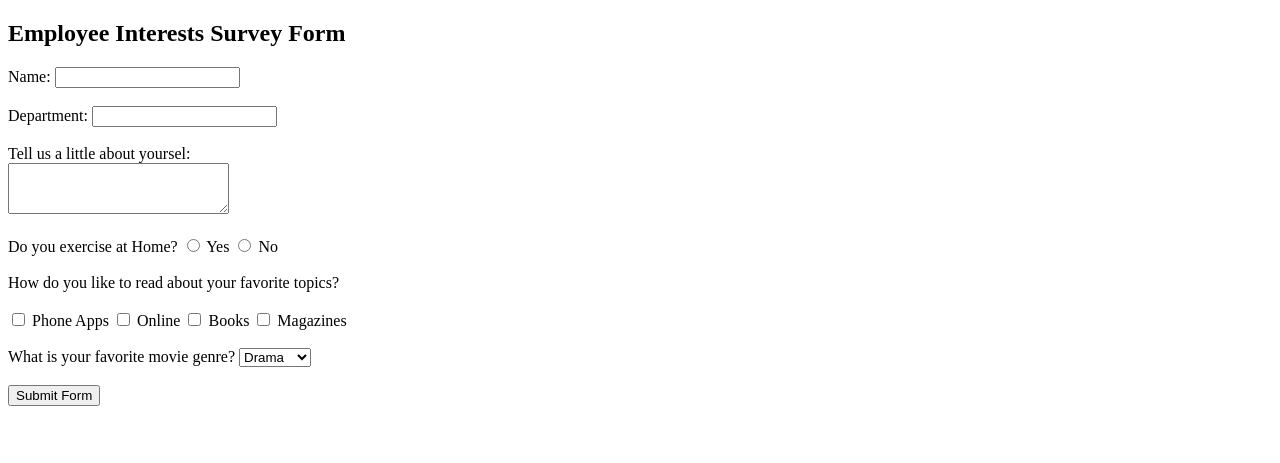
Repository: JoaoLemesDEV/Exercise-Survey-Form
Page: index.html
The author's editor kept a copy of each file at every save. The page is drawn from the files as they stood at one save, then again after a run of saves.
The browser window is 1280 px wide. The pictures show the whole page.

Above is the page before, as saved 2021-10-10 18:37:00.

### index.html
<!DOCTYPE html>
<html lang="en">
  <head>
    <meta charset="UTF-8" />
    <meta http-equiv="X-UA-Compatible" content="IE=edge" />
    <meta name="viewport" content="width=device-width, initial-scale=1.0" />
    <title>Survey Form</title>
  </head>
  <body>
    <form action="">
      <h2>Employee Interests Survey Form</h2>
      <label for="name">Name: </label>
      <input type="text" name="name" id="" required /><br /><br />
      <label for="dep">Department:</label>
      <input type="text" name="dep" id="" required /><br /><br />
      <label for="message">Tell us a little about yoursel:</label><br />
      <textarea name="message" id="message" cols="25" rows="3"></textarea><br /><br>
      <label for="question01">Do you exercise at Home?</label>
      <input type="radio" name="question01" id="question01" />
      <label for="question01">Yes</label>
      <input type="radio" name="question01" id="question01" />
      <label for="question01">No</label><br /><br />
      <label for="">How do you like to read about your favorite topics?</label
      ><br /><br />
      <input type="checkbox" name="" id="" />
      <label for="">Phone Apps</label>
      <input type="checkbox" name="" id="" />
      <label for="">Online</label>
      <input type="checkbox" name="" id="" />
      <label for="">Books</label>
      <input type="checkbox" name="" id="" />
      <label for="">Magazines</label><br /><br />
      <label for="">What is your favorite movie genre?</label>
      <select name="" id="">
        <option value="">Drama</option>
        <option value="">Terror</option>
        <option value="">Comedy</option>
        <option value="">Horror</option>
        <option value="">Action</option>
      </select><br><br>
      <input type="submit" value="Submit Form">
    </form>
  </body>
</html>

After the next 2 saves:
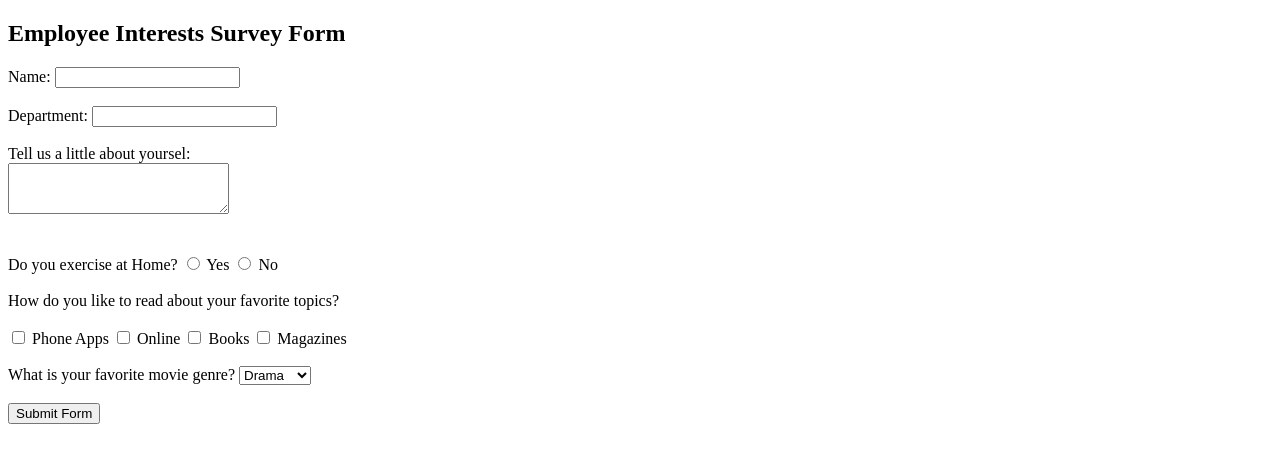
The 2 saves are shown as one change because they came seconds apart.
The last was saved 6 s later.
--- a/index.html
+++ b/index.html
@@ -14,7 +14,7 @@
       <label for="dep">Department:</label>
       <input type="text" name="dep" id="" required /><br /><br />
       <label for="message">Tell us a little about yoursel:</label><br />
-      <textarea name="message" id="message" cols="25" rows="3"></textarea><br /><br>
+      <textarea name="message" id="message" cols="25" rows="3"></textarea><br/><br><br>
       <label for="question01">Do you exercise at Home?</label>
       <input type="radio" name="question01" id="question01" />
       <label for="question01">Yes</label>
